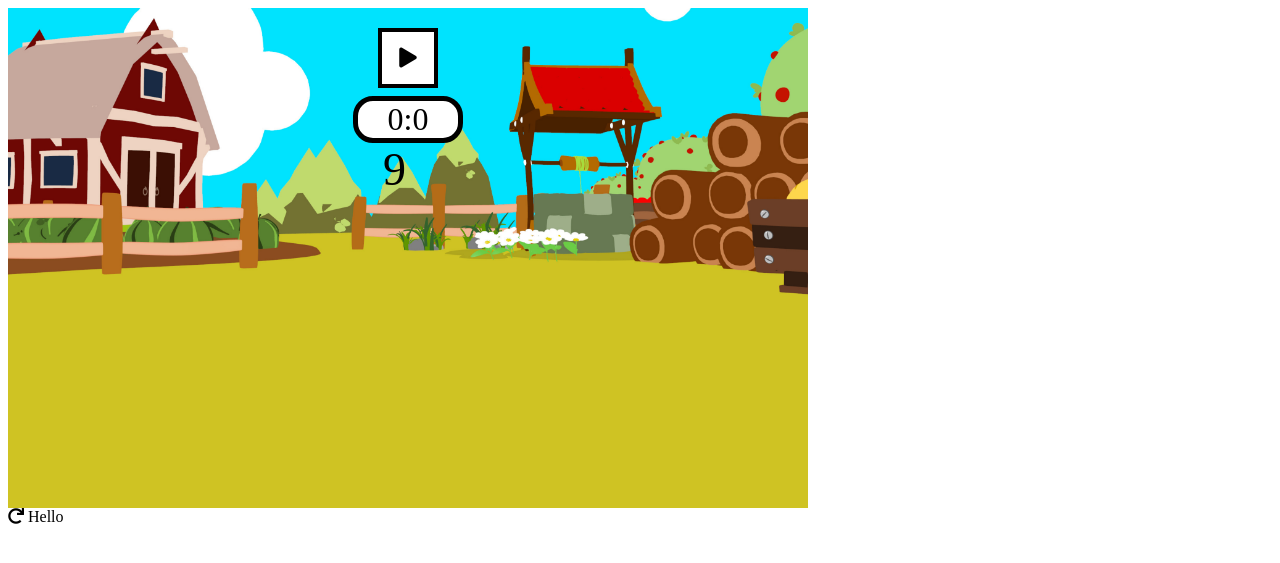
Repository: DevMinwoo-Jung/JavaScript101
Page: WebApIs/carrotClone/index.html
The author's editor kept a copy of each file at every save. The page is drawn from the files as they stood at one save, then again after the next save.
The browser window is 1280 px wide. The pictures show the whole page.

Above is the page before, as saved 2021-06-22 14:42:08.

### WebApIs/carrotClone/index.html
<!DOCTYPE html>
<html lang="en">
<head>
  <meta charset="UTF-8">
  <meta http-equiv="X-UA-Compatible" content="IE=edge">
  <meta name="viewport" content="width=device-width, initial-scale=1.0">
  <link rel="stylesheet" href="style.css">
  <script src="main.js"></script>
  <link rel="stylesheet" href="https://use.fontawesome.com/releases/v5.15.3/css/all.css" integrity="sha384-SZXxX4whJ79/gErwcOYf+zWLeJdY/qpuqC4cAa9rOGUstPomtqpuNWT9wdPEn2fk" crossorigin="anonymous">
  <title>Fun game</title>
</head>
<body>
  <section class="game">
    <header class="game__header">
      <button class="game__button">
        <i class="fas fa-play"></i>
        <!-- <i class="fas fa-stop"></i> -->
      </button>
        <span class="game__timer">0:0</span>
        <span class="game__score">9</span>
    </header>
    <section class="game__field"></section>
  </section>
  <section class="pop-up">
    <buttno class="pop-up__refresh">
      <i class="fas fa-redo"></i>
    </buttno>
    <span class="pop-up__message">Hello</span>
  </section>
</body>
</html>

### WebApIs/carrotClone/style.css
.game {
  display: flex;
  flex-direction: column;
  width: 800px;
  height: 500px;
  background: url(img/background.png) center/cover;
}

button {
  border: none;
  outline: none;
  cursor: pointer;
}
.game__header {
  display: flex;
  flex-direction: column;
  align-items: center;
  padding: 20px;
}

.game__button {
  width: 60px;
  height: 60px;
  background-color: white;
  border: 4px solid black;
  font-size: 20px;
  transition: transfrom 300ms ease-in;
}

.game__button:hover {
  transform: scale(1.1);
}

.game__timer {
  width: 100px;
  background-color: white;
  text-align: center;
  border: 5px solid black;
  font-size: 32px;
  margin-top: 8px;
  border-radius: 20px;
}

.game__score {
  width: 50px;
  height: 50px;
  font-size: 46px;
}

.game__field {
  background-color: blue;
  width: 100%px;
}

Loaded but not shown: WebApIs/carrotClone/main.js (no stored copy; drawn as an empty file)

After the next save:
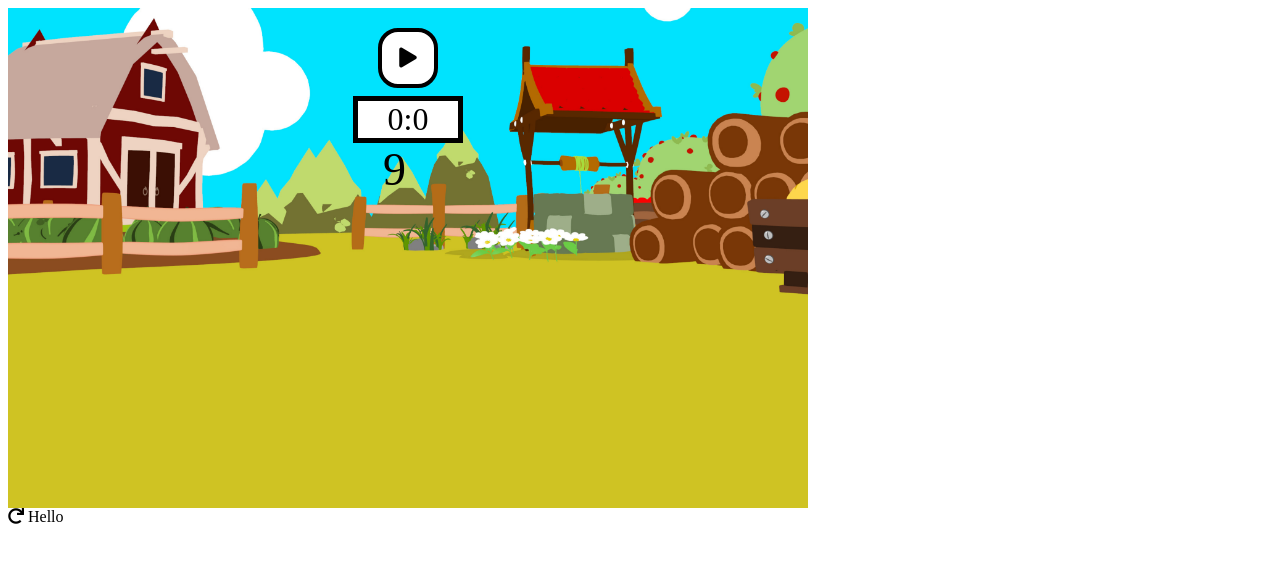
Saved 78 s later.
--- a/WebApIs/carrotClone/style.css
+++ b/WebApIs/carrotClone/style.css
@@ -25,6 +25,7 @@ button {
   border: 4px solid black;
   font-size: 20px;
   transition: transfrom 300ms ease-in;
+  border-radius: 20px;
 }
 
 .game__button:hover {
@@ -38,7 +39,6 @@ button {
   border: 5px solid black;
   font-size: 32px;
   margin-top: 8px;
-  border-radius: 20px;
 }
 
 .game__score {
